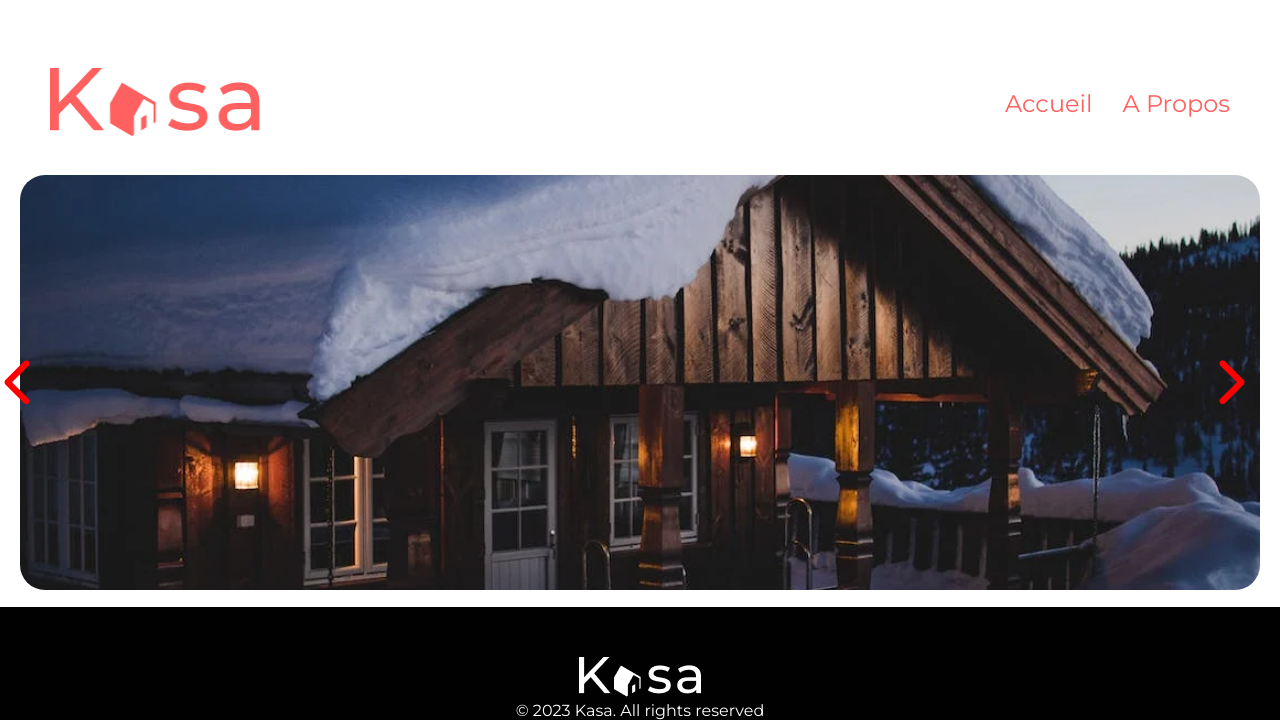
Repository: Ascaris29/Kasa_oc
Page: /essai (app in kasa_project/)
An editor plug-in stored every save of this project. The page is shown before and after the next save, followed by the edit.
The browser window is 1280 px wide. The pictures show the whole page.
Some web libraries are served in a nearby version. The project was rebuilt for these pictures with package versions that can differ from the ones it lists, and the page was loaded fresh each time. Also part of the build but not shown: kasa_project/src/pages/homepage/Homepage.module.scss, kasa_project/src/pages/homepage/components/CardLogement.module.scss, kasa_project/src/pages/homepage/components/CardLogement.js, kasa_project/src/pages/homepage/Homepage.js, kasa_project/src/pages/404/404.module.scss, kasa_project/src/pages/404/404.js, kasa_project/src/pages/a_propos/APropos.module.scss, kasa_project/src/pages/a_propos/components/CardDescription.module.scss and 6 more.

Above is the page before, as saved 2023-03-16 16:23:14.

After the next save:
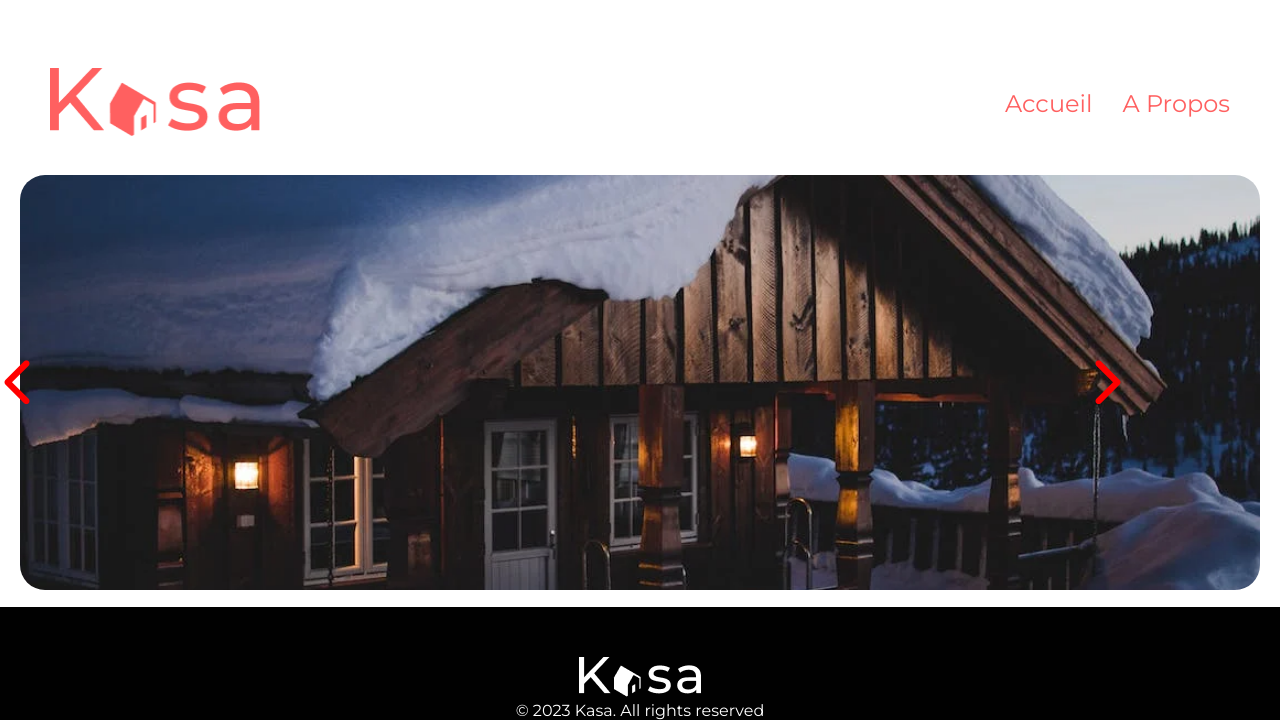
Saved 31 s later.
--- a/kasa_project/src/pages/logement/components/caroussel/Caroussel.module.scss
+++ b/kasa_project/src/pages/logement/components/caroussel/Caroussel.module.scss
@@ -22,7 +22,7 @@
     .chevronRight{
         position:absolute;
         top:50%;
-        right:0;
+        right:10%;
         font-size:50px;
         color:red;
         transform:translate(-50%, -50%);

After the 2 saves that followed:
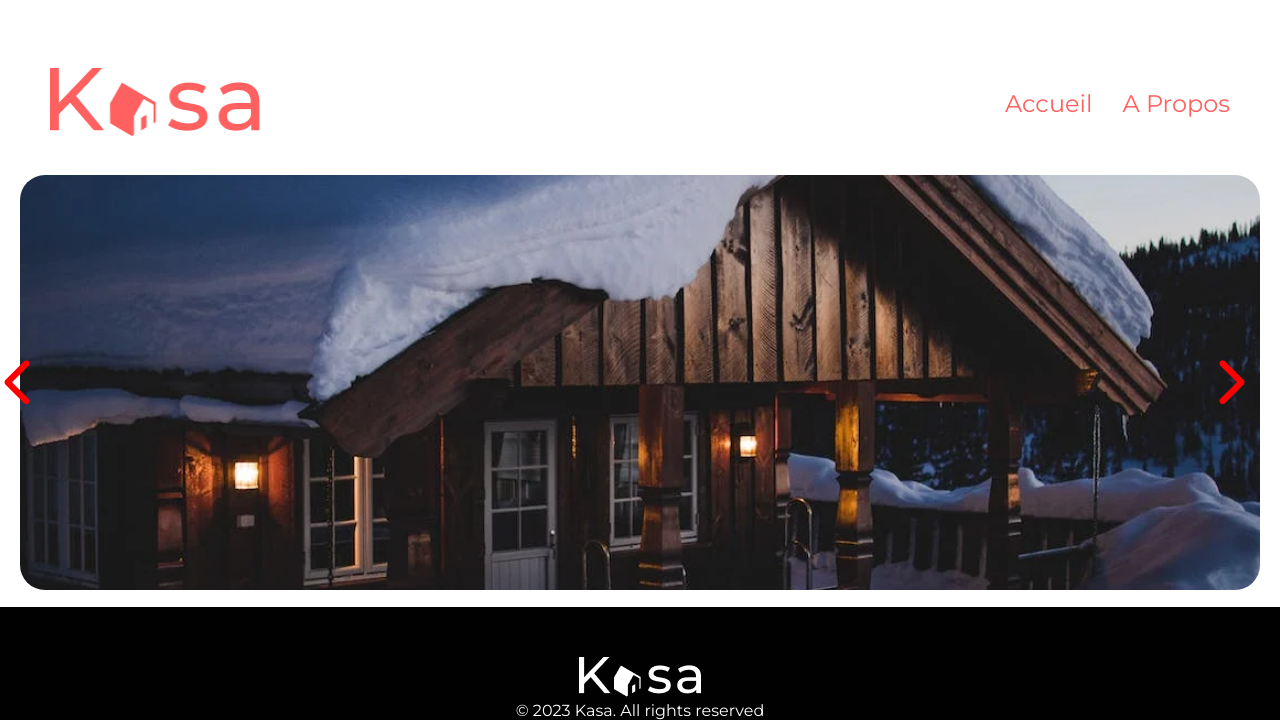
The 2 saves are shown as one change because they came seconds apart.
The last was saved 7 s later.
--- a/kasa_project/src/pages/logement/components/caroussel/Caroussel.module.scss
+++ b/kasa_project/src/pages/logement/components/caroussel/Caroussel.module.scss
@@ -22,7 +22,7 @@
     .chevronRight{
         position:absolute;
         top:50%;
-        right:10%;
+        right:0;
         font-size:50px;
         color:red;
         transform:translate(-50%, -50%);
